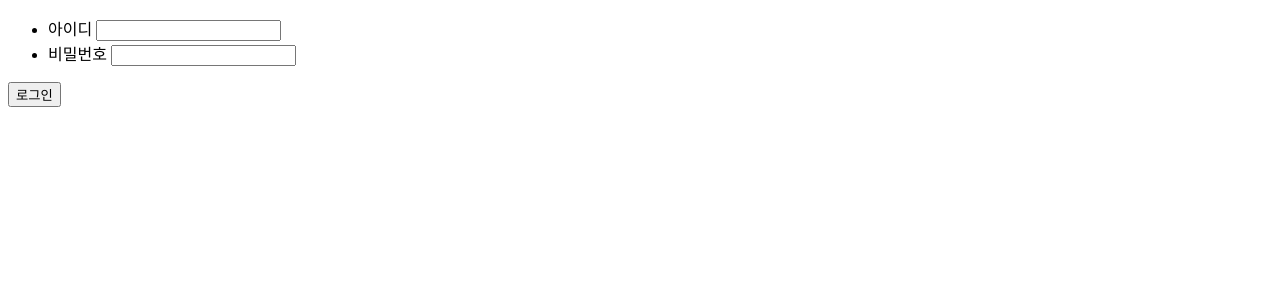
Repository: kiyongee2/kh-jsp
Page: http://localhost/jwbook/ch03/loginForm.jsp
An editor plug-in stored every save of this project. The page is shown before and after the next save, followed by the edit.
The browser window is 1280 px wide. The pictures show the whole page.
The page is served by Tomcat 9. Other server files are loaded and not shown.

Above is the page before, as saved 2023-11-20 14:59:41.

### jwbook/src/main/webapp/ch03/loginForm.jsp
<%@ page language="java" contentType="text/html; charset=UTF-8"
    pageEncoding="UTF-8"%>
<!DOCTYPE html>
<html>
<head>
<meta charset="UTF-8">
<title>Insert title here</title>
</head>
<body>
	<form action="loginProcess.jsp" method="post">
		<ul>
			<li>
				<label for="uid">아이디</label>
				<input type="text" name="uid" id="uid">
			</li>
			<li>
				<label for="passwd">비밀번호</label>
				<input type="password" name="passwd" id="passwd">
			</li>
		</ul>
		<input type="submit" value="로그인">
	</form>
</body>
</html>

After the next save:
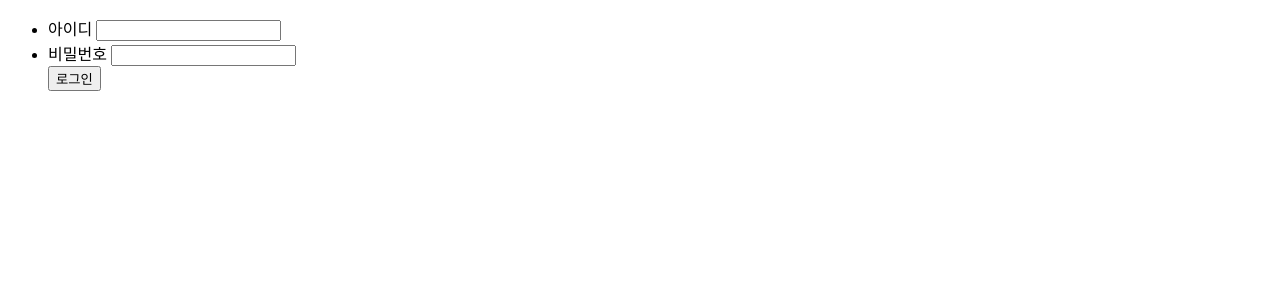
Saved 15 s later.
--- a/jwbook/src/main/webapp/ch03/loginForm.jsp
+++ b/jwbook/src/main/webapp/ch03/loginForm.jsp
@@ -17,8 +17,9 @@
 				<label for="passwd">비밀번호</label>
 				<input type="password" name="passwd" id="passwd">
 			</li>
+			<input type="submit" value="로그인">
 		</ul>
-		<input type="submit" value="로그인">
+
 	</form>
 </body>
 </html>

After the save that followed:
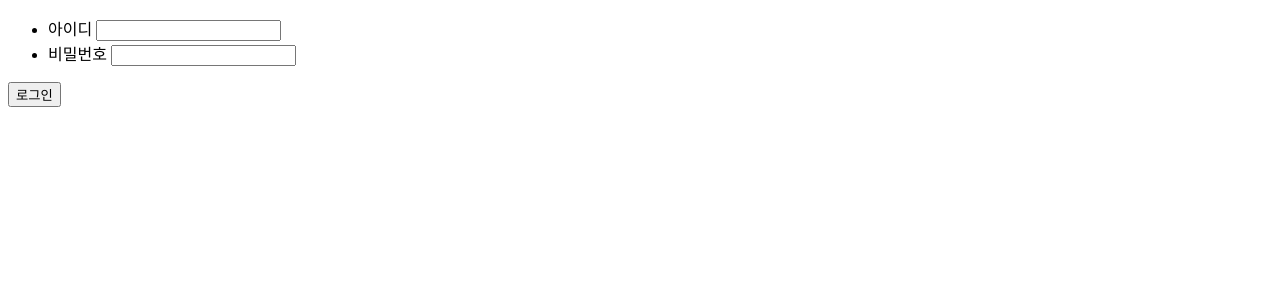
Saved 19 s later.
--- a/jwbook/src/main/webapp/ch03/loginForm.jsp
+++ b/jwbook/src/main/webapp/ch03/loginForm.jsp
@@ -17,9 +17,8 @@
 				<label for="passwd">비밀번호</label>
 				<input type="password" name="passwd" id="passwd">
 			</li>
-			<input type="submit" value="로그인">
 		</ul>
-
+		<input type="submit" value="로그인">
 	</form>
 </body>
 </html>
